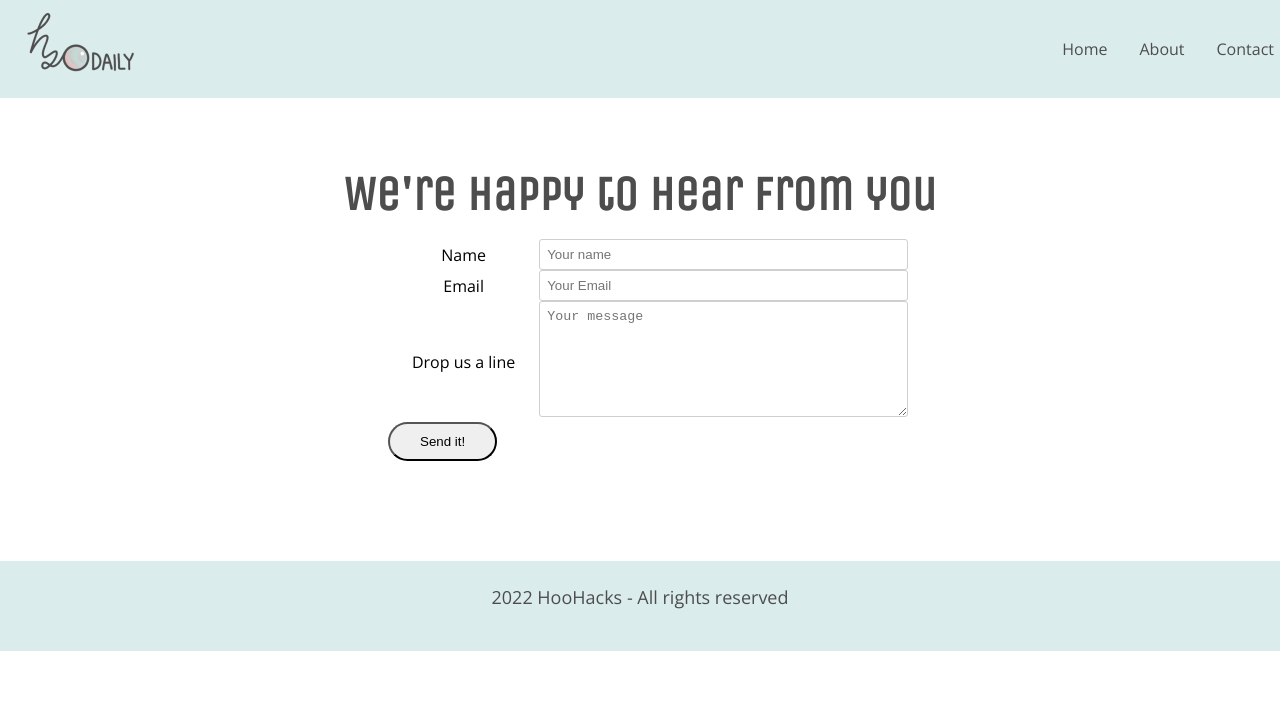
Repository: jennyjjung/H2ODaily
Page: contact.html
The author's editor kept a copy of each file at every save. The page is drawn from the files as they stood at one save, then again after the next save.
The browser window is 1280 px wide. The pictures show the whole page.

Above is the page before, as saved 2022-03-26 20:57:06.

After the next save:
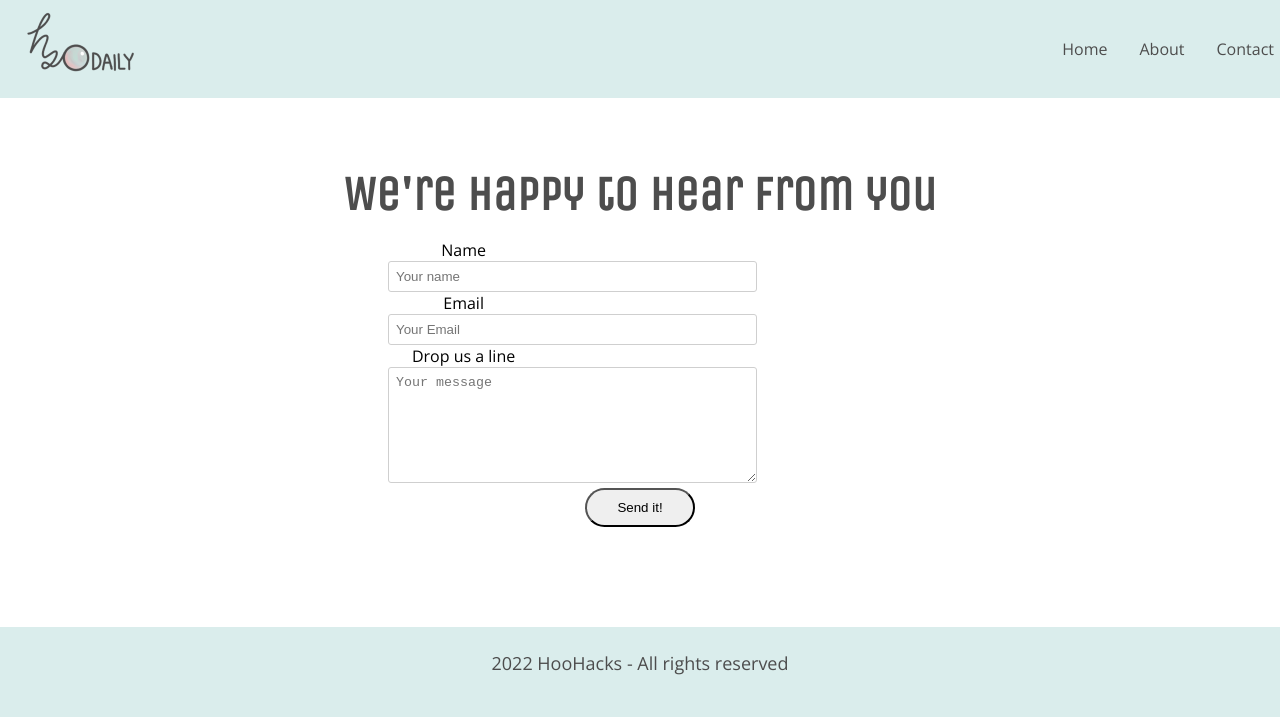
Saved 52 s later.
--- a/style.css
+++ b/style.css
@@ -153,20 +153,11 @@ a {
 
 /* Contact */
 form {
-  width: 500px;
-  text-align: center;
-  margin: auto;
-  margin-top: 20px;
-}
-.row {
-  display: flex;
-  align-items: center;
-  justify-content: space-between;
-}
-
-.contact-form {
   width: 60%;
   margin: 0 auto;
+}
+
+.contact-form {
 }
 
 input[type="text"],
